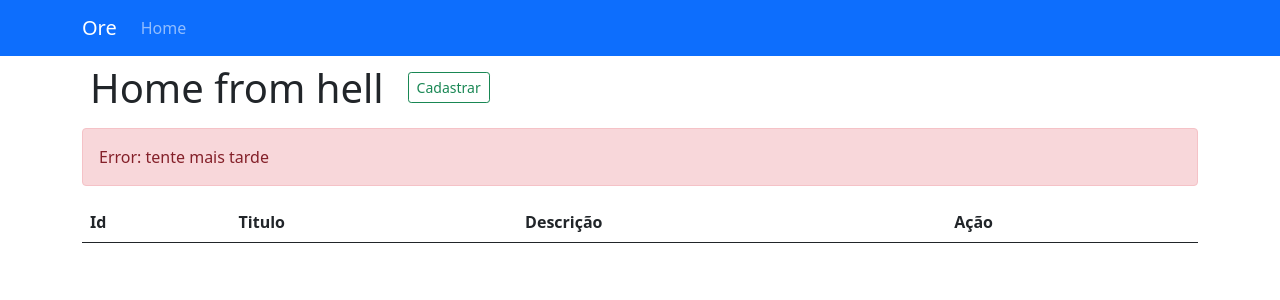
Repository: thf4/React-Front
Page: /
An editor plug-in stored every save of this project. The page is shown before and after the next save, followed by the edit.
The browser window is 1280 px wide. The pictures show the whole page.
The page's requests for data from a server got no answer. The project was rebuilt for these pictures with package versions that can differ from the ones it lists, and the page was loaded fresh each time. No one was signed in, and anything a server would have sent is missing. Also part of the build but not shown: src/pages/Vizualizar/index.js, src/config/cadastrar.js, src/pages/Cadastrar/index.js, src/pages/Editar/index.js.

Above is the page before, as saved 2021-05-07 13:53:20.

After the next save:
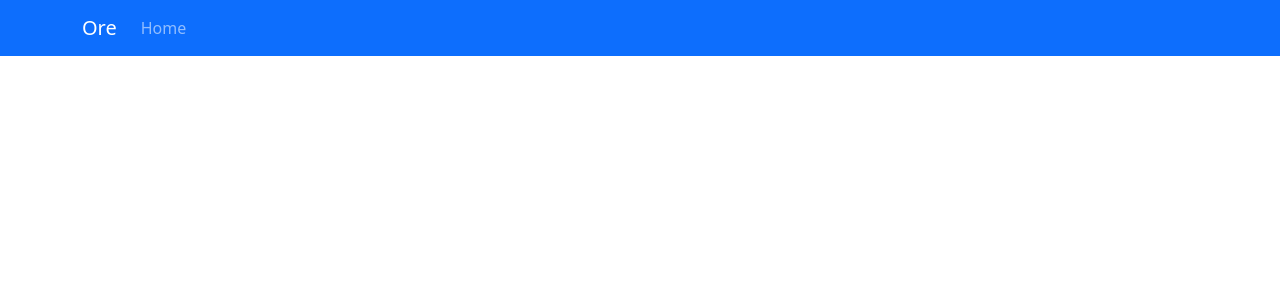
Saved 100 min 41 s later.
--- a/src/App.js
+++ b/src/App.js
@@ -12,7 +12,7 @@ function App() {
       <Menu />
       <Router>
         <Switch>
-          <Route exact path="/" component={Home} />
+          <Route exact path="/listar" component={Home} />
           <Route path="/view" component={View} />
           <Route path="/cadastrar" component={Cadastrar} />
           <Route path="/editar" component={Editar} />
